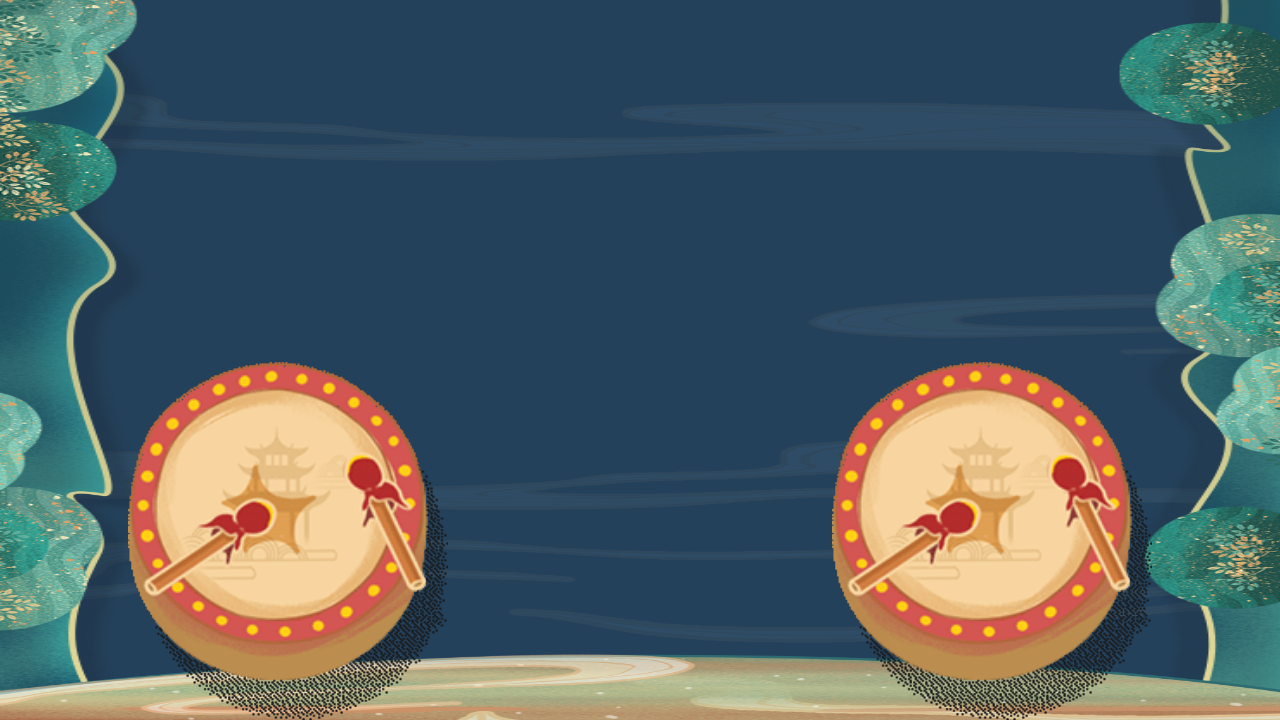
Repository: liushiwei151/hhl_dragon_boat_festival
Page: /Game
These files come from the project's save history. The page is drawn as it stood at one moment and after the next save; the edit follows.
The browser window is 1280 px wide. The pictures show the whole page.
The project was rebuilt for these pictures with package versions that can differ from the ones it lists, and the page was loaded fresh each time. Also part of the build but not shown: vue.config.js, src/views/Home.vue.

Above is the page before, as saved 2020-06-05 14:35:42.

After the next save:
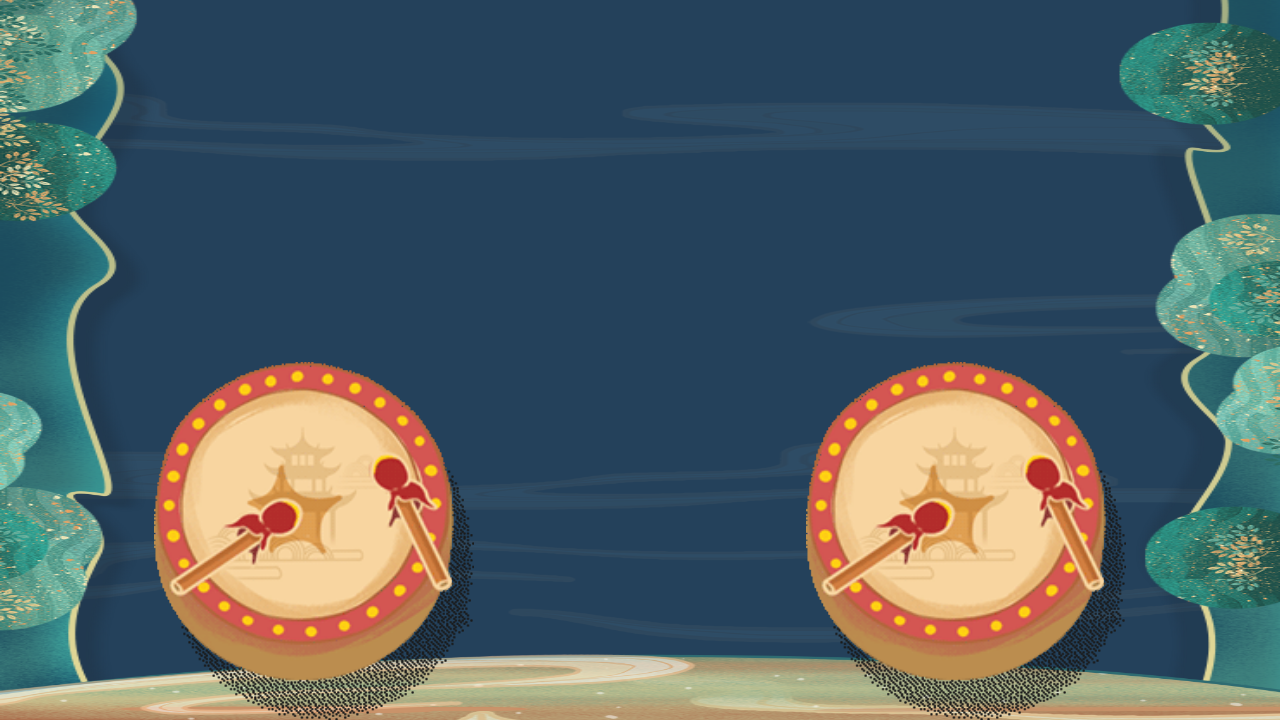
Saved 17 s later.
--- a/src/views/Game.vue
+++ b/src/views/Game.vue
@@ -95,7 +95,7 @@ export default class Game extends Vue {
     justify-content: space-between;
     align-items: flex-end;
     box-sizing: border-box;
-    padding: 0 10vw;
+    padding: 0 12vw;
     .drum {
       width: 25vw;
       height: 28vw;
